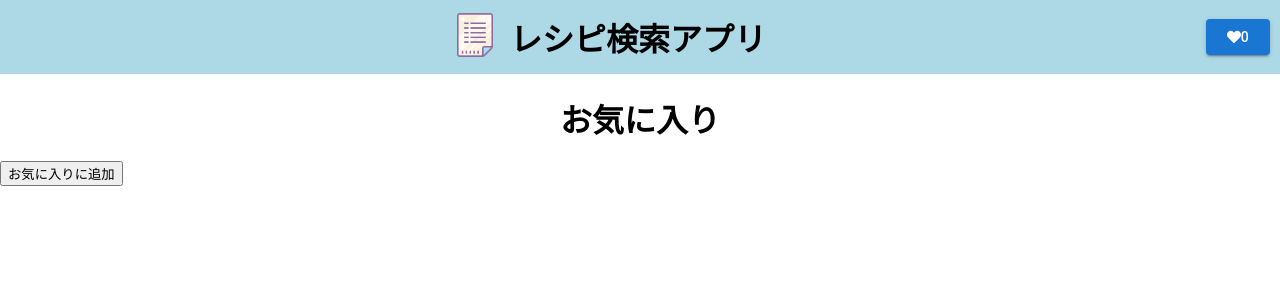
Repository: rweyb/recipe-search-app
Page: /favorites
An editor plug-in stored every save of this project. The page is shown before and after the next save, followed by the edit.
The browser window is 1280 px wide. The pictures show the whole page.
The project was rebuilt for these pictures with package versions that can differ from the ones it lists, and the page was loaded fresh each time. Also part of the build but not shown: src/components/FavoritesButton.js, src/components/RecipeResults.js, src/pages/HomePage.js, src/components/SearchBar.js, src/pages/RecipePage.js, src/pages/IngredientPage.js, src/reducers/RecipeSearch.js.

Above is the page before, as saved 2024-06-26 11:35:57.

### src/App.js
import React from 'react';
import { Route, RouterProvider, createBrowserRouter,
      createRoutesFromElements, } from 'react-router-dom';
import { QueryClient,QueryClientProvider } from 'react-query';
import Layout from './components/Layout';
import RecipeResults from './components/RecipeResults';
import HomePage from './pages/HomePage';
import FavoritesPage from './pages/FavoritesPage';
import RecipePage from './pages/RecipePage';
import IngredientPage from './pages/IngredientPage'
import RecipeSearch from './reducers/RecipeSearch';

const queryClient = new QueryClient();

const router = createBrowserRouter(
    createRoutesFromElements(
      <>
      <Route path='/' element={<Layout />}>
          <Route index element={<HomePage />} />
          <Route path='/favorites' element={<FavoritesPage />} />
          <Route path='/recipe' element={<RecipePage />} />
          <Route path='/ingredient' element={<IngredientPage />} />
          <Route path='/results' element={<RecipeResults />} />
          <Route path='/search' element={<RecipeSearch />} />
    </Route>
      </>
    )
);



const App = () => {
  return (
    <>
    <QueryClientProvider client = {queryClient}>
    <RouterProvider router={router} />
    </QueryClientProvider>
    </>

  );
};

export default App;

### src/components/Layout.js
import React from 'react';
import Header from './Header';
import { Outlet } from 'react-router-dom';

const Layout = () => {
    return (
    <>
        <Header />
        <Outlet /> {/* ここで子ルートがレンダリングされます */}
    </>
    );
};

export default Layout;

### src/pages/FavoritesPage.js
import React from "react";
import FavoriteButton from "../components/FavoritesButton";
import { useSetRecoilState, useRecoilValue } from 'recoil';
import { FavoritesRecipeState, FavoritesSelector } from '../components/FavoritesRecipeState';



const FavoritesPage = () => {

    // Recoilの状態更新関数を取得
    const setFavoritesList = useSetRecoilState(FavoritesRecipeState);


    // Recoilからお気に入りのリストを取得
    const favorites = useRecoilValue(FavoritesSelector);

    // お気に入り追加
    const addFavorite = (newItem) => {
        setFavoritesList((lists) => [...lists, newItem.id]);
    };

    // お気に入りから削除
    const removeFavorite = (id) => {
        setFavoritesList((lists) => lists.filter((favId) => favId !== id));
    };


        return (
            <div>
                <h1>お気に入り</h1>
                <ul>
                    {favorites.details.map((item) => (
                        <li key={item.id}>
                            {item.title} {/* ここでタイトルを表示 */}
                            <FavoriteButton
                                item={item}
                                onAddFavorite={() => addFavorite(item)}
                                onRemoveFavorite={() => removeFavorite(item.id)}
                            />
                            <button onClick={() => removeFavorite(item.id)}>削除</button>
                        </li>
                    ))}
                </ul>
                {/* 仮のボタンを追加してお気に入りに追加する動作をテスト */}
                <button onClick={() => addFavorite({ id: '2024062317701', title: 'テストレシピ' })}>お気に入りに追加</button>
            </div>
        );
    }



export default FavoritesPage;

### src/components/Header.js
import React from 'react';
import logo2 from '../logo/logo2.png';
import { Button } from '@mui/material';
import { Link } from 'react-router-dom';
import { FaHeart } from 'react-icons/fa';
import FavoritesCount from './FavoritesCount';

export default function Header() {


    const headerStyle = {
        display: 'flex', // フレックスボックスを使用
        justifyContent: 'space-between',
        alignItems: 'center', // 要素を垂直方向の中央に配置
        backgroundColor: 'lightblue', // ヘッダーの背景色
        padding: '10px', // パディング
    };

    const logoAndTitleStyle = {
        display: 'flex', // フレックスボックスを使用
        alignItems: 'center', // 要素を垂直方向の中央に配置
        justifyContent: 'center', // 要素を水平方向の中央に配置
        flexGrow: 1, // 利用可能なスペースを埋める
    };

    const logoStyle = {
        height: '50px',
        marginRight: '10px',
        cursor: 'pointer',
    };


    return (
    <>
    <header style={headerStyle}>
    <div style={logoAndTitleStyle}>
        <Link to="/">
        <img src={logo2} style={logoStyle} alt="レシピ"  />
        </Link>
        <h1 style={{margin: '0'}}>レシピ検索アプリ</h1>
    </div>
        <Link to="/favorites">
        <Button variant='contained'>
            <FaHeart />
            <FavoritesCount />
        </Button>
        </Link>
    </header>
    </>
    );
}

### src/components/FavoritesRecipeState.js
import { atom, atomFamily, selector } from "recoil";


//お気に入りレシピIDの配列を保持
export const FavoritesRecipeState = atom({
    key: 'FavoritesRecipeState',
    default: [],
});

//特定のIDに基づいて個々のレシピの詳細情報を保持
export const FavoritesListAtom = atomFamily({
    key: "FavoritesListAtom",
    default: null
});

//FavoritesRecipeStateとFavoritesListAtomから派生した詳細情報を保持
export const FavoritesSelector = selector({
    key: "FavoritesSelector",
    get: ({ get }) => {
        const lists = get(FavoritesRecipeState);
        const detailedLists = lists.map(id => get(FavoritesListAtom(id))).filter(item => item !== null);
      // お気に入りの件数と詳細情報を含むオブジェクトを返す
        return {
        count: lists.length, // お気に入りの件数
        details: detailedLists, // お気に入りレシピの詳細情報
        };
    },

    //リストの追加/完了済/削除操作
    set: ({ set, reset}, {type, id, newItem }) => {
        switch (type) {

            //新たな（FavoritesListAtom）を生成
            case 'add' :
                set(FavoritesListAtom(newItem.id), newItem);
                set(FavoritesRecipeState, lists =>[...lists, newItem.id]);
                break;
            //既存の項目（idであるFavoritesListAtom）のisDoneプロバディをtrueに
            case 'done' :
                set(FavoritesListAtom(id), todo => ({ ...todo, isDone: true}));
                break;
            //既存の項目(idであるFavoritesListAtom)を削除＆
            //id群(idsAtom)から、対応するid値を削除
            case 'remove' :
                reset(FavoritesListAtom(id));
                set(FavoritesRecipeState, lists => lists.filter(e => e !== id));
                break;
                default :
                throw new Error('Type is invalid.');
        }
    }
});

### src/components/Style.css
h1 {
    text-align: center;
    margin-bottom: 20px;
}

.search-container {
    display: flex;
    justify-content: center;
    align-items: center;
    height: 100px;
}

### src/components/FavoritesCount.js
import React from "react";
import { useRecoilValue } from "recoil";
import { FavoritesSelector } from "./FavoritesRecipeState";


function FavoritesCount() {
    // FavoritesSelectorからお気に入りの件数を取得
    const { count } = useRecoilValue(FavoritesSelector);

    return <div>{count}</div>;
}

export default FavoritesCount;

Loaded but not shown: public/index.html (common file); src/index.js (common file); src/index.css (common file); src/reportWebVitals.js (common file)

After the next save:
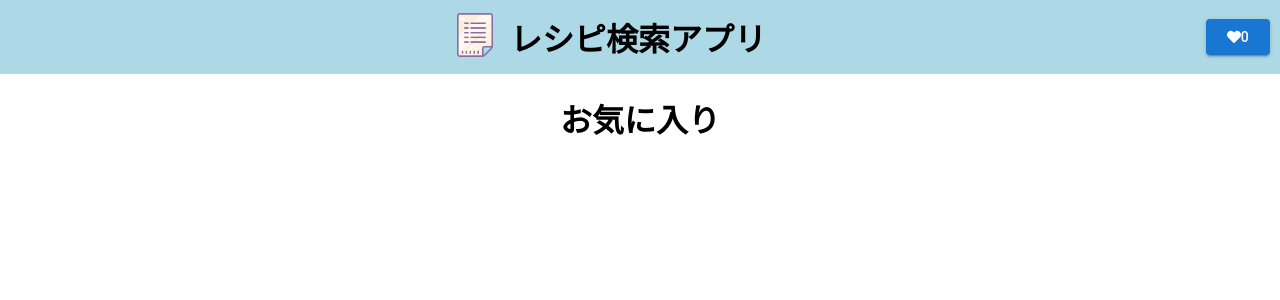
Saved 90 s later.
--- a/src/pages/FavoritesPage.js
+++ b/src/pages/FavoritesPage.js
@@ -41,8 +41,6 @@ const FavoritesPage = () => {
                         </li>
                     ))}
                 </ul>
-                {/* 仮のボタンを追加してお気に入りに追加する動作をテスト */}
-                <button onClick={() => addFavorite({ id: '2024062317701', title: 'テストレシピ' })}>お気に入りに追加</button>
             </div>
         );
     }
